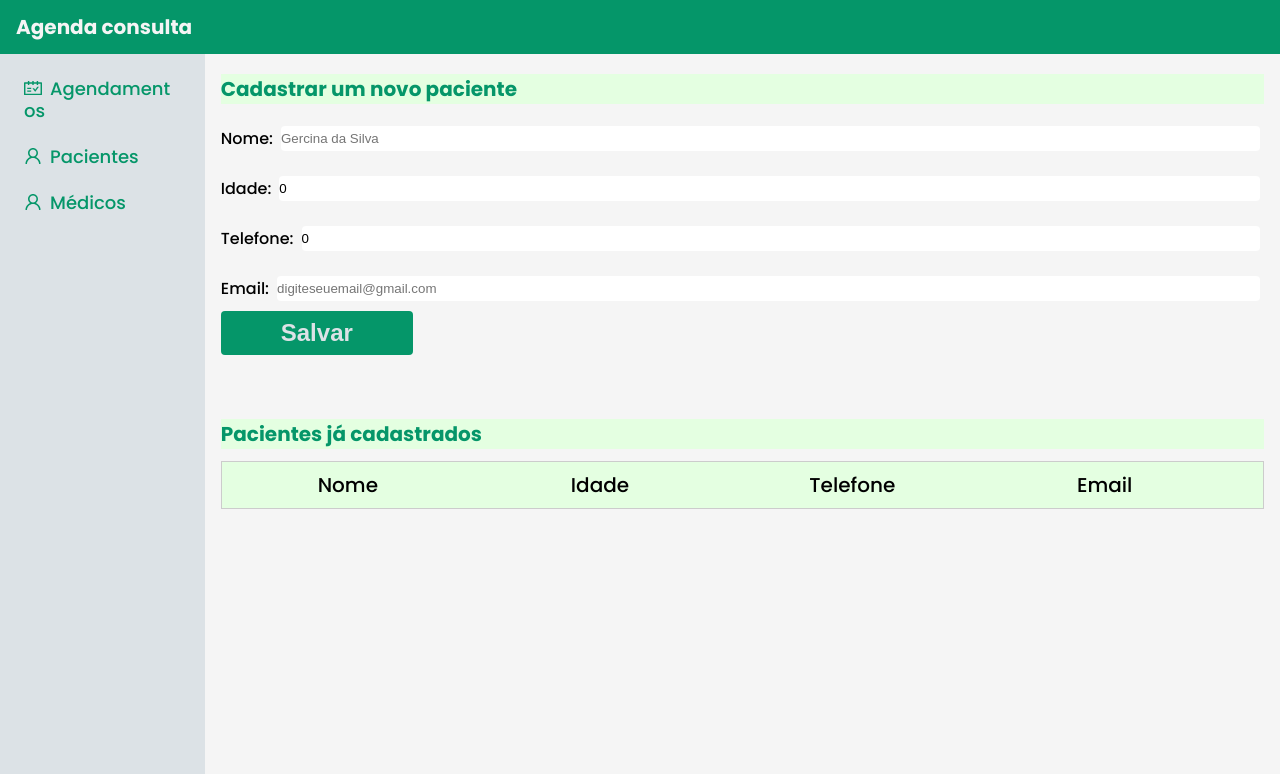
Repository: BarbaraCD/agendaconsulta
Page: /patients
The author's editor kept a copy of each file at every save. The page is drawn from the files as they stood at one save, then again after the next save.
The browser window is 1280 px wide. The pictures show the whole page.
The page's requests for data from a server got no answer. The project was rebuilt for these pictures with package versions that can differ from the ones it lists, and the page was loaded fresh each time. No one was signed in, and anything a server would have sent is missing. Also part of the build but not shown: vite.config.ts, src/styles/StyleList.ts, src/components/Doctors.tsx, src/services/doctor.services.ts, src/components/InputDoctors.tsx, src/components/CreateDoctor.tsx, src/components/Patients.tsx, src/services/appointment.services.ts and 3 more.

Above is the page before, as saved 2023-08-09 15:45:02.

After the next save:
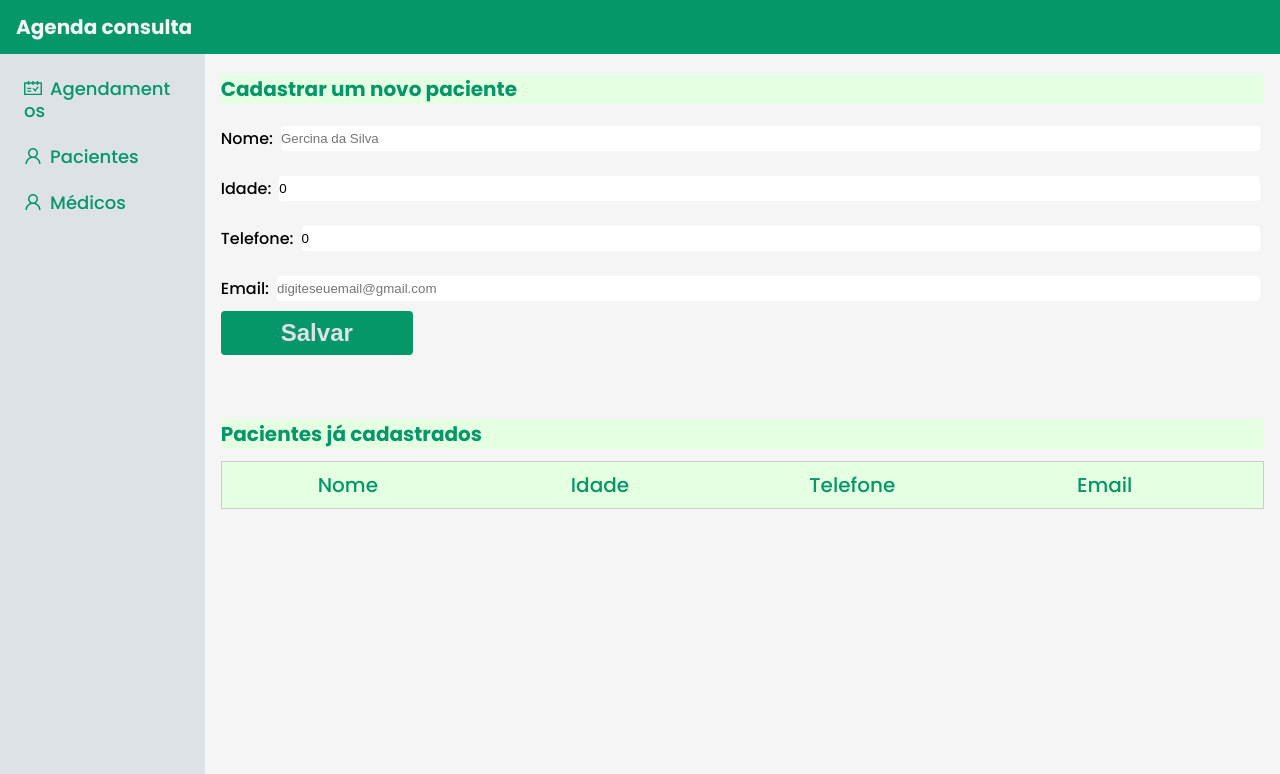
Saved 14 min 2 s later.
--- a/src/styles/CreateContainer.ts
+++ b/src/styles/CreateContainer.ts
@@ -45,6 +45,7 @@ export const Container3 = styled.div`
       border-bottom: 1px solid #ccc;
       text-align: center;
       width: 25%;
+      color: ${(props) => props.theme.colors.primary};
       background-color: ${(props) => props.theme.colors[100]};
       font-weight: 500;
     }
